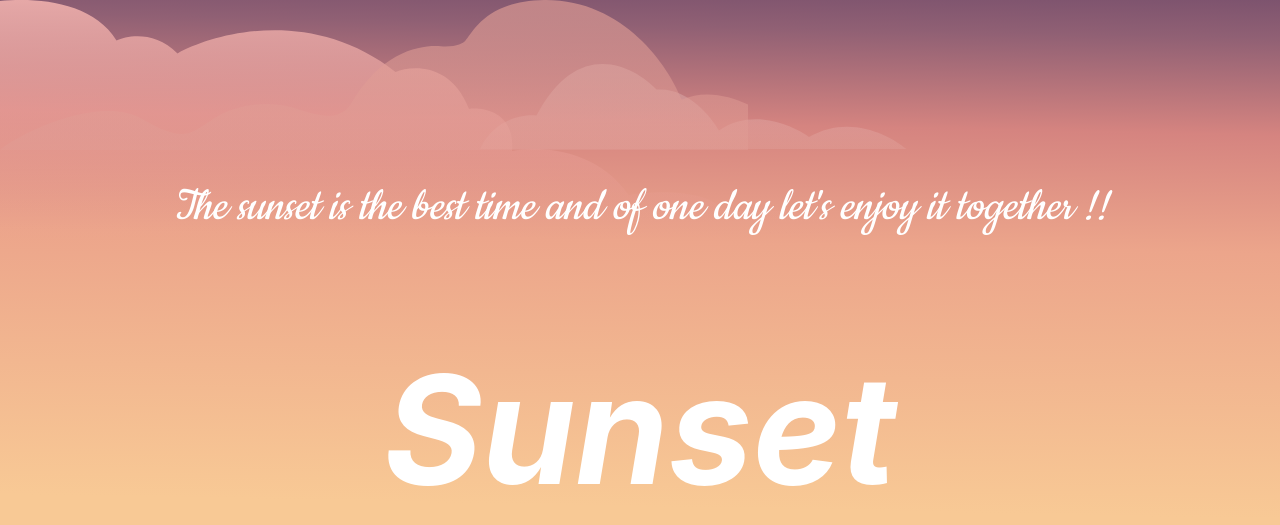
Repository: nambui98/parallax
Page: /
The author's editor kept a copy of each file at every save. The page is drawn from the files as they stood at one save, then again after the next save.
The browser window is 1280 px wide. The pictures show the whole page.
The project was rebuilt for these pictures with package versions that can differ from the ones it lists, and the page was loaded fresh each time. Also part of the build but not shown: vite.config.ts.

Above is the page before, as saved 2022-03-24 11:25:00.

After the next save:
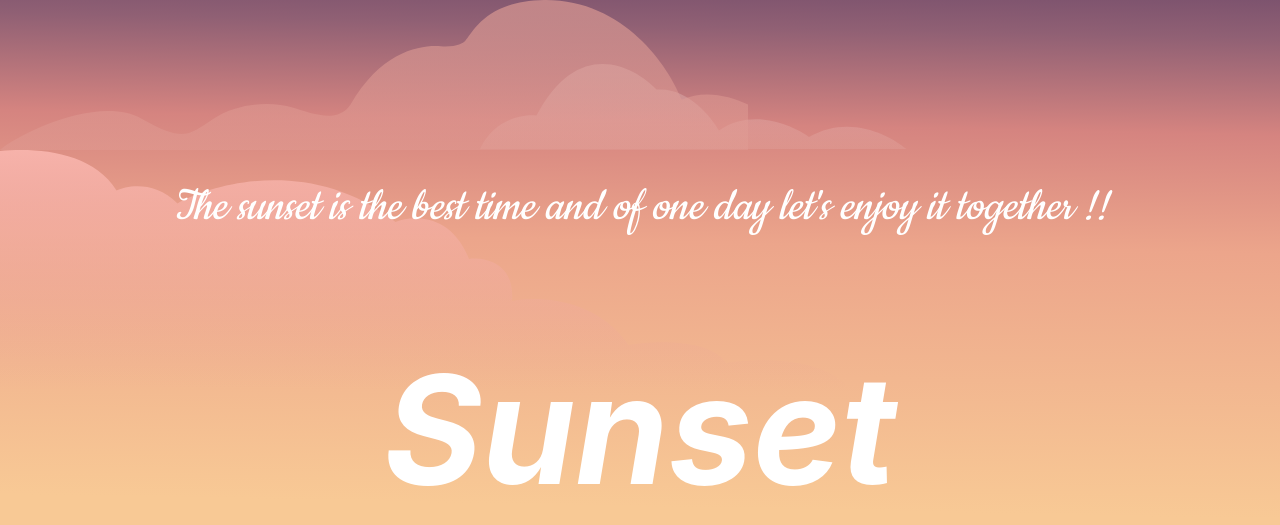
Saved 29 s later.
--- a/src/App.scss
+++ b/src/App.scss
@@ -43,5 +43,9 @@ html{
       top: 6.4rem;
       left: 48rem;
     }
+    &.bg_2{
+      left: 0;
+      top: 15rem;
+    }
   }
 }
